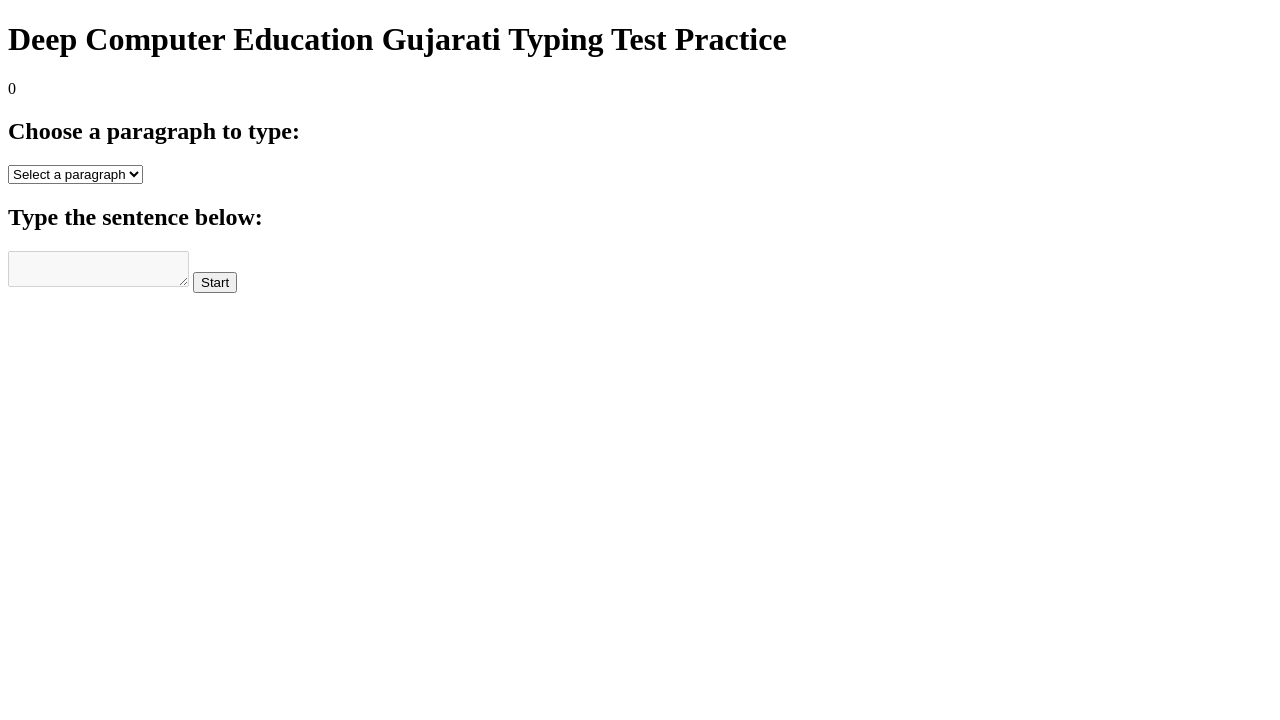
Repository: ssj27072002/Gujarati-typing-test
Page: typingGame/index.html
An editor plug-in stored every save of this project. The page is shown before and after the next save, followed by the edit.
The browser window is 1280 px wide. The pictures show the whole page.

Above is the page before, as saved 2024-06-13 10:17:57.

After the next save:
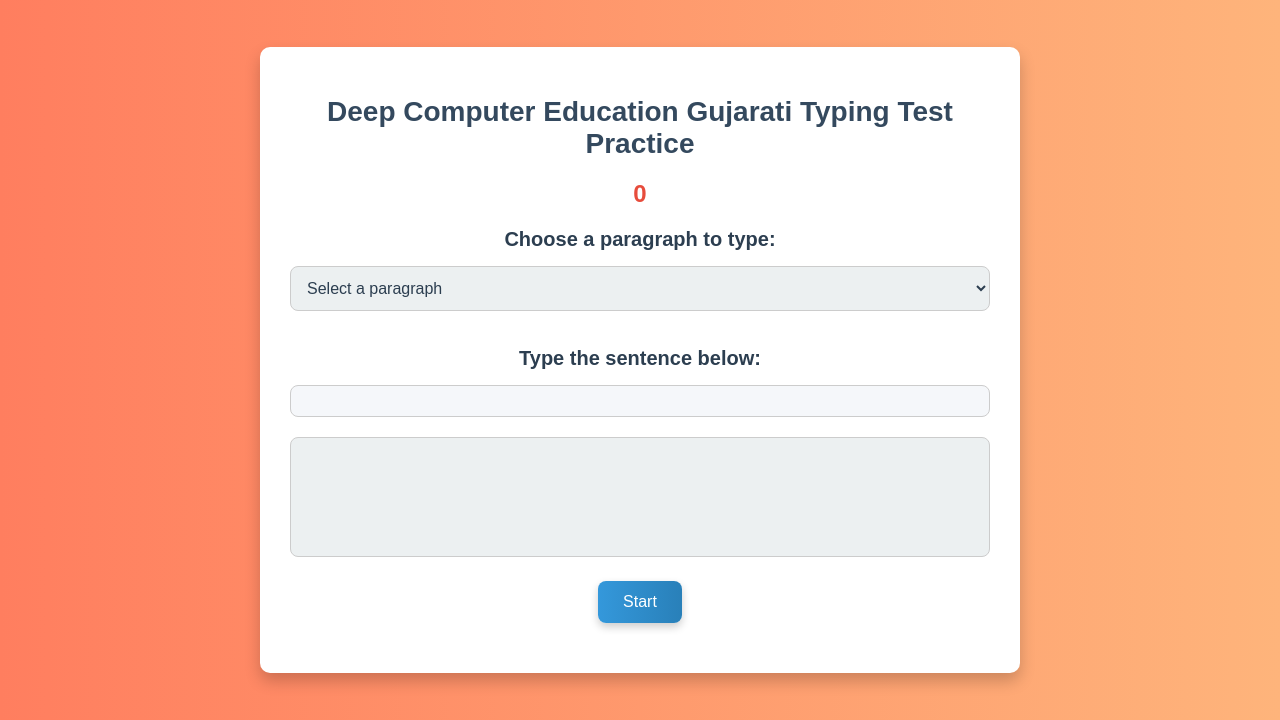
Saved 23 s later.
--- a/typingGame/css/style.css
+++ b/typingGame/css/style.css
@@ -119,3 +119,104 @@
     padding: 10px;
     margin-bottom: 20px;
 } */
+
+body {
+    font-family: 'Arial', sans-serif;
+    background: linear-gradient(to right, #ff7e5f, #feb47b);
+    color: #333;
+    margin: 0;
+    padding: 0;
+    display: flex;
+    justify-content: center;
+    align-items: center;
+    height: 100vh;
+}
+
+.typing-section {
+    background: #ffffff;
+    padding: 30px;
+    border-radius: 10px;
+    box-shadow: 0 8px 16px rgba(0, 0, 0, 0.2);
+    max-width: 700px;
+    width: 100%;
+    text-align: center;
+}
+
+h1 {
+    font-size: 28px;
+    margin-bottom: 20px;
+    color: #34495e;
+}
+
+h2 {
+    font-size: 20px;
+    margin-bottom: 15px;
+    color: #2c3e50;
+}
+
+.timer {
+    font-size: 24px;
+    color: #e74c3c;
+    margin-bottom: 20px;
+    font-weight: bold;
+}
+
+.styled-select {
+    padding: 12px;
+    font-size: 16px;
+    border: 1px solid #ccc;
+    border-radius: 8px;
+    width: 100%;
+    max-width: 100%;
+    box-sizing: border-box;
+    margin-bottom: 20px;
+    background: #ecf0f1;
+    color: #2c3e50;
+}
+
+.scrollable-paragraph {
+    max-height: 200px;
+    overflow-y: auto;
+    border: 1px solid #ccc;
+    padding: 15px;
+    border-radius: 8px;
+    margin-bottom: 20px;
+    background: #f5f7fa;
+    color: #2c3e50;
+}
+
+.styled-textarea {
+    width: 100%;
+    height: 120px;
+    padding: 15px;
+    font-size: 16px;
+    border: 1px solid #ccc;
+    border-radius: 8px;
+    box-sizing: border-box;
+    margin-bottom: 20px;
+    resize: none;
+    background: #ecf0f1;
+    color: #2c3e50;
+}
+
+.styled-button {
+    background: linear-gradient(to right, #3498db, #2980b9);
+    color: white;
+    padding: 12px 25px;
+    font-size: 16px;
+    border: none;
+    border-radius: 8px;
+    cursor: pointer;
+    transition: background 0.3s ease;
+    box-shadow: 0 4px 8px rgba(0, 0, 0, 0.2);
+}
+
+.styled-button:hover {
+    background: linear-gradient(to right, #2980b9, #3498db);
+}
+
+#score {
+    margin-top: 20px;
+    font-size: 20px;
+    color: #27ae60;
+}

After the save that followed:
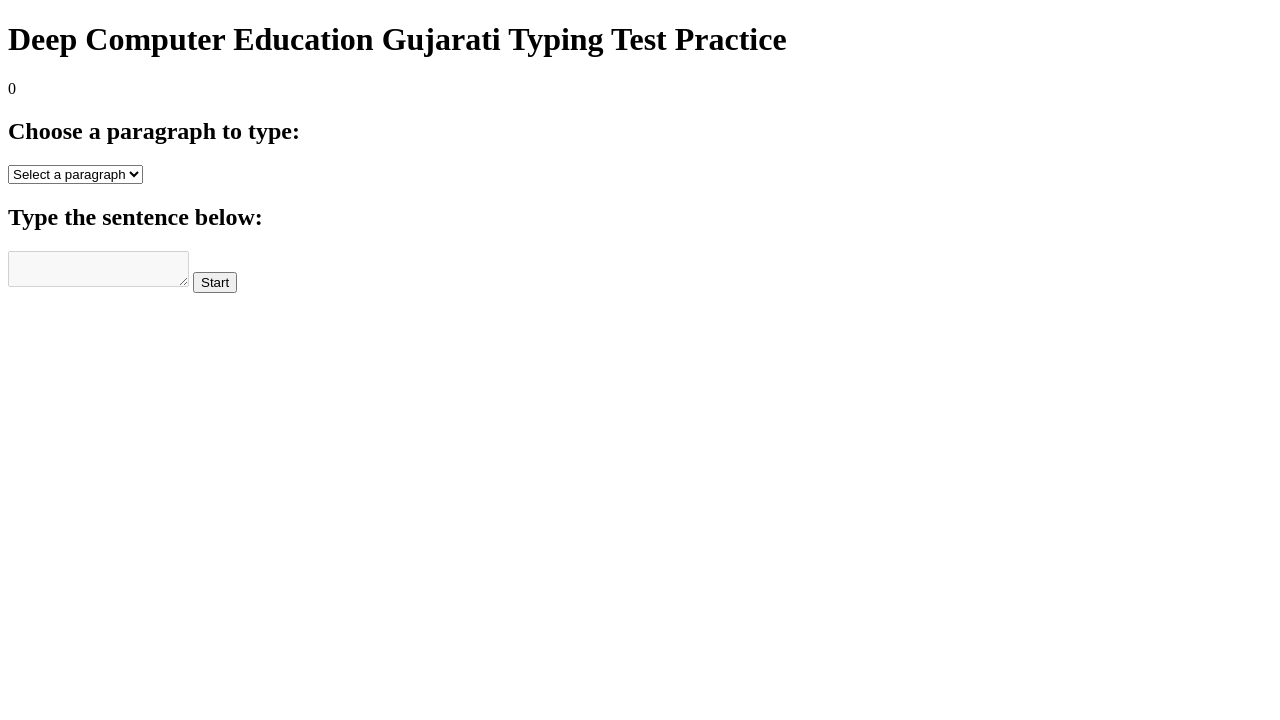
Saved 40 s later.
--- a/typingGame/css/style.css
+++ b/typingGame/css/style.css
@@ -119,104 +119,3 @@
     padding: 10px;
     margin-bottom: 20px;
 } */
-
-body {
-    font-family: 'Arial', sans-serif;
-    background: linear-gradient(to right, #ff7e5f, #feb47b);
-    color: #333;
-    margin: 0;
-    padding: 0;
-    display: flex;
-    justify-content: center;
-    align-items: center;
-    height: 100vh;
-}
-
-.typing-section {
-    background: #ffffff;
-    padding: 30px;
-    border-radius: 10px;
-    box-shadow: 0 8px 16px rgba(0, 0, 0, 0.2);
-    max-width: 700px;
-    width: 100%;
-    text-align: center;
-}
-
-h1 {
-    font-size: 28px;
-    margin-bottom: 20px;
-    color: #34495e;
-}
-
-h2 {
-    font-size: 20px;
-    margin-bottom: 15px;
-    color: #2c3e50;
-}
-
-.timer {
-    font-size: 24px;
-    color: #e74c3c;
-    margin-bottom: 20px;
-    font-weight: bold;
-}
-
-.styled-select {
-    padding: 12px;
-    font-size: 16px;
-    border: 1px solid #ccc;
-    border-radius: 8px;
-    width: 100%;
-    max-width: 100%;
-    box-sizing: border-box;
-    margin-bottom: 20px;
-    background: #ecf0f1;
-    color: #2c3e50;
-}
-
-.scrollable-paragraph {
-    max-height: 200px;
-    overflow-y: auto;
-    border: 1px solid #ccc;
-    padding: 15px;
-    border-radius: 8px;
-    margin-bottom: 20px;
-    background: #f5f7fa;
-    color: #2c3e50;
-}
-
-.styled-textarea {
-    width: 100%;
-    height: 120px;
-    padding: 15px;
-    font-size: 16px;
-    border: 1px solid #ccc;
-    border-radius: 8px;
-    box-sizing: border-box;
-    margin-bottom: 20px;
-    resize: none;
-    background: #ecf0f1;
-    color: #2c3e50;
-}
-
-.styled-button {
-    background: linear-gradient(to right, #3498db, #2980b9);
-    color: white;
-    padding: 12px 25px;
-    font-size: 16px;
-    border: none;
-    border-radius: 8px;
-    cursor: pointer;
-    transition: background 0.3s ease;
-    box-shadow: 0 4px 8px rgba(0, 0, 0, 0.2);
-}
-
-.styled-button:hover {
-    background: linear-gradient(to right, #2980b9, #3498db);
-}
-
-#score {
-    margin-top: 20px;
-    font-size: 20px;
-    color: #27ae60;
-}
